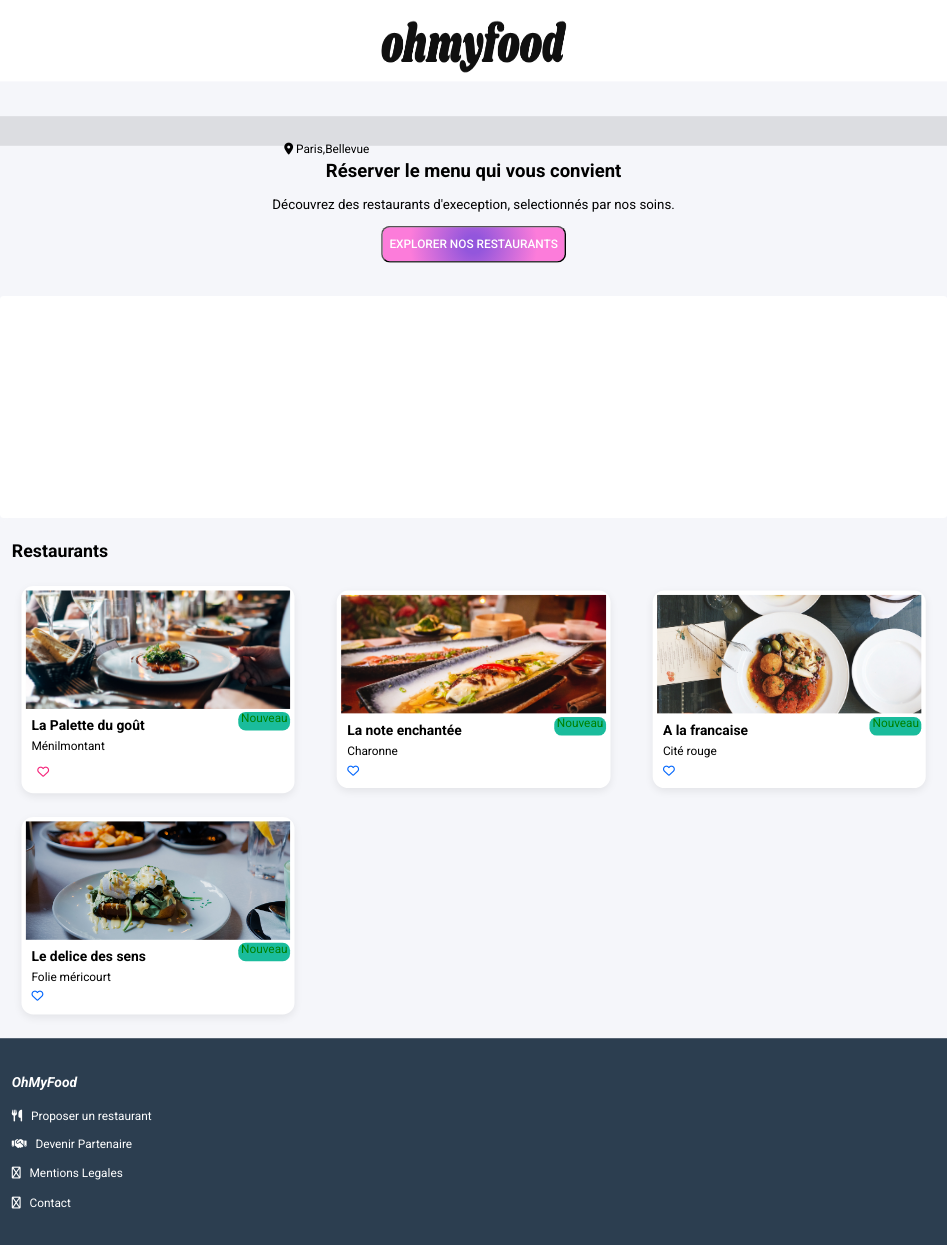
Repository: ultraasedev/ohmyfood
Page: index.html
The author's editor kept a copy of each file at every save. The page is drawn from the files as they stood at one save, then again after the next save.
The browser window is 1280 px wide. The pictures show the whole page, at 74% of full size.
Some web fonts or font styles are not loaded; a fallback is used. Some web libraries are served in a nearby version.

Above is the page before, as saved 2022-10-27 18:32:14.

After the next save:
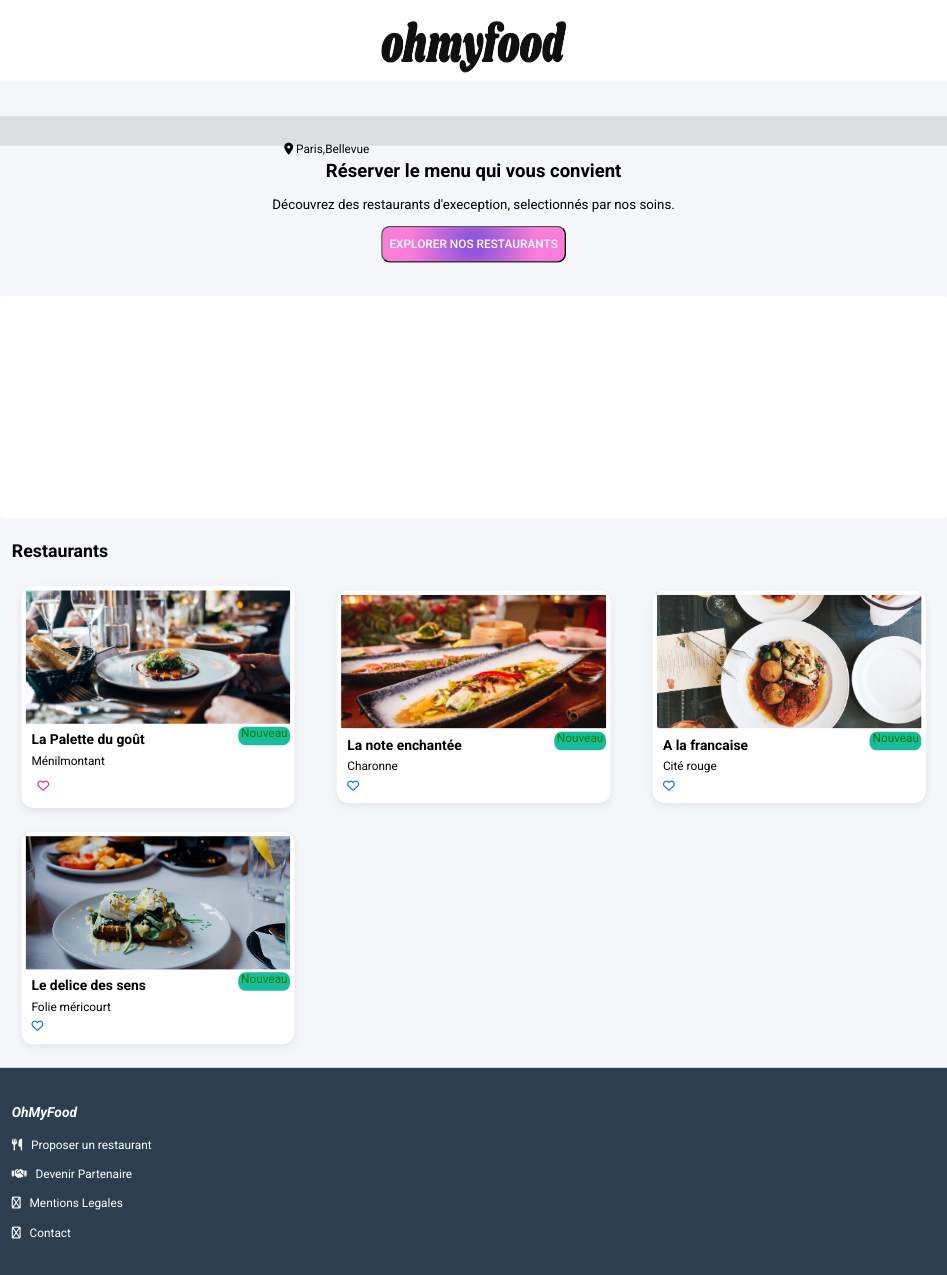
Saved 16 s later.
--- a/css/style.css
+++ b/css/style.css
@@ -155,7 +155,7 @@ header{
   top: -40px;
 }
 .cont-art .resto-card img {
-  height: 160px;
+  height: 180px;
   object-fit: cover;
   width: 100%;
 }
